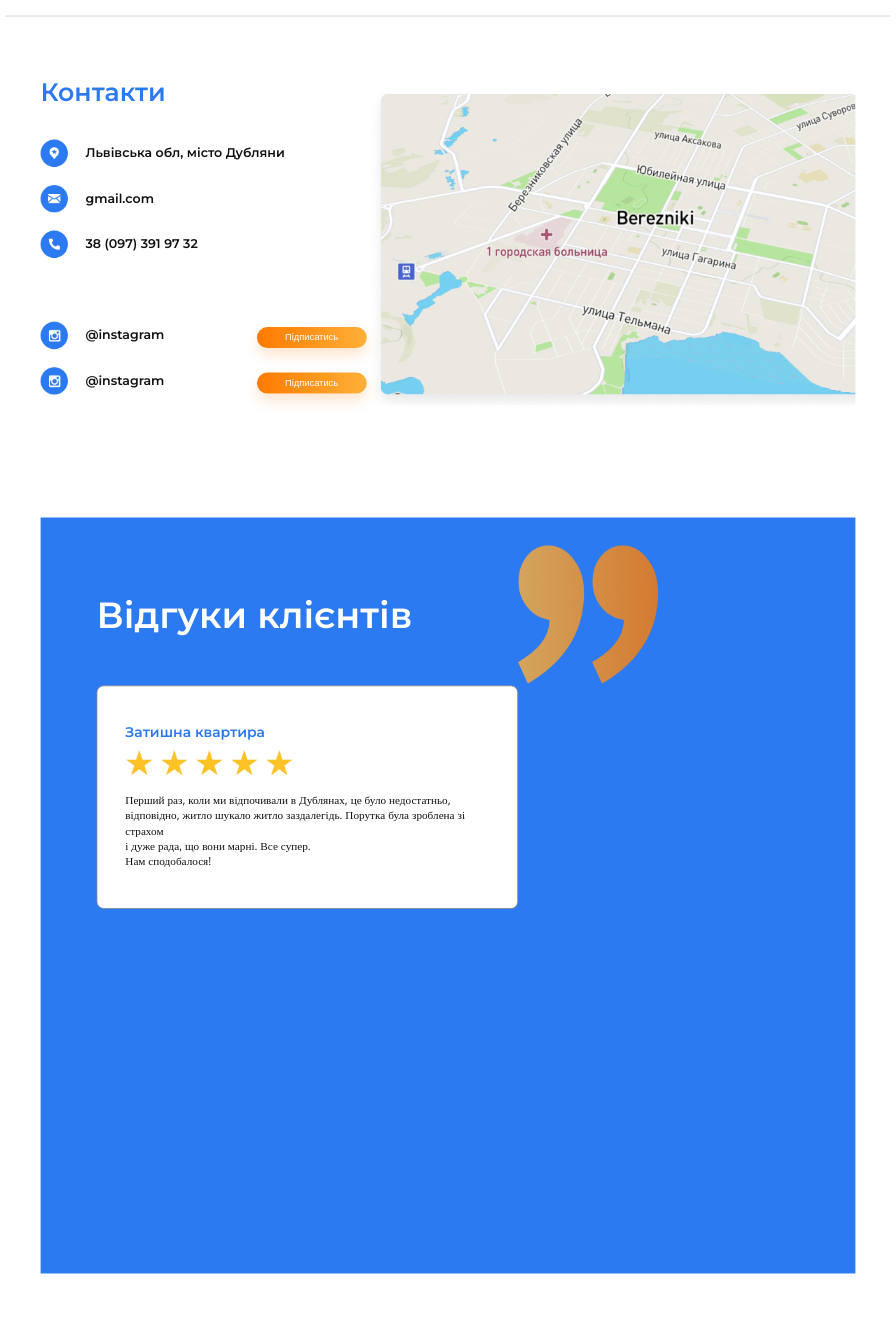
Repository: batonAnton/HW-7-grid
Page: index.html
An editor plug-in stored every save of this project. The page is shown before and after the next save, followed by the edit.
The browser window is 1280 px wide. The pictures show the part of the page from y = 2385 to 4305 px (the page is 4305 px tall), at 70% of full size.

Above is the page before, as saved 2022-07-06 11:51:24.

### index.html
<!DOCTYPE html>
<html lang="en">
<head>
    <meta charset="UTF-8">
    <meta http-equiv="X-UA-Compatible" content="IE=edge">
    <meta name="viewport" content="width=device-width, initial-scale=1.0">
    <link rel="preconnect" href="https://fonts.googleapis.com">
    <link rel="preconnect" href="https://fonts.gstatic.com" crossorigin>
    <link href="https://fonts.googleapis.com/css2?family=Montserrat:wght@600&display=swap" rel="stylesheet">
    <link rel="preconnect" href="https://fonts.googleapis.com">
    <link rel="preconnect" href="https://fonts.gstatic.com" crossorigin>
    <link href="https://fonts.googleapis.com/css2?family=Open+Sans&display=swap" rel="stylesheet">
    <link rel="stylesheet" href="./css/styles2.css">
    <title>Grid</title>
</head>

        <div  class="wrapper allstyles">
            <header>
                <img src="./images/logo.png" alt="logo">
                <a href="" class="menu">Головна</a>
                <a href="" class="menu">Квартири</a>
                <a href="" class="menu">Контакти</a>
                <a href="" class="menu">Про нас</a>

                <div class="item mail">
                    <img src="./images/email.png" alt="email">
                    <p>@gmail.com</p>
                </div>
                <div class="item phone">
                    <img src="./images/phone.png" alt="phone">
                    <p>38 (097) 391 97 32</p>
                </div>
                <div class="item btn">
                        <button>Замовити Дзвінок </button>
                </div>
            </header>
            </div>





            <div class=" wrapper2  allstyles">
                <div class="info">
                    <h1>Оренда Квартир <br> в Березниках</h1>
                    <p>На довгий термін <br> або подобово</p>
                    <button class="btn">Дивитись варіанти</button>
                </div>
                <div class="blueblock"></div>

                <div class="banner">

                </div>
            </div>
        </div>


    <div class="wrapper3 allstyles">
         <div class=" block block1">
             <img src="./images/header 1.1.png" alt="img">
             <p>
                Укладаємо договори, <br> надаємо звітні документи
             </p>
         </div>
         <div class="block block2">
            <img src="./images/header 1.2.png" alt="img">
            <p>
                Готівковий та <br>
                Безготівковий розрахунок
            </p>
         </div>
         <div class="block block3">
            <img src="./images/header 1.3.png" alt="img">
            <p>
                Бронювання та заселення <br> цілодобово
            </p>

         </div>
         <div class="block block4">
            <img src="./images/header 1.4.png" alt="img">
            <p>
                Повна <br> конфіденційність
            </p>
         </div>
    </div>

    <div class="wrapper4 allstyles">
        <h1 class="wrapper4-h1">Наші квартири</h1>

        <div class="img1-1">
            <h1>Однокімнатна квартира</h1>
            <p class="price"> <span class="p-price">Доба:</span> 500грн</p>
            <p class="p-price location"> <img src="./images/wrapper4/Location_Icon.svg" alt="loc icon">Дубляни,Шевченка 20</p>
            <button class="btn">Детальніше</button>
        </div>
        <div class="img1-2">
            <h1>Трьохкімнатна квартира</h1>
            <p class="price"> <span class="p-price">Доба:</span>  1500грн</p>
            <p class="p-price location"> <img src="./images/wrapper4/Location_Icon.svg" alt="loc icon">Дубляни,Франка 20</p>
            <button class="btn">Детальніше</button>
        </div>
        <div class="img2-1">
            <button class="btn-new">Нова квартира</button>
            <h1>Двохкімнатна квартира</h1>
            <p class="price"> <span class="p-price">Доба:</span>  1000грн</p>
            <p class="p-price location"> <img src="./images/wrapper4/Location_Icon.svg" alt="loc icon">Дубляни,Лесі Українки 20</p>
            <button class="btn">Детальніше</button>
        </div>
        <div class="img2-2">
            <h1>Чотирьохкімнатна квартира</h1>
            <p class="price"> <span class="p-price">Доба:</span>  4500грн</p>
            <p class="p-price location"> <img src="./images/wrapper4/Location_Icon.svg" alt="loc icon"> Дубляни,Шухевича 20</p>
            <button class="btn">Детальніше</button>
        </div>
        <button class="btn-wr4">Дивитись всі квартири</button>
    </div>

    <div class="wrapper5 allstyles">
        <div class="block1">
            <h1 class="wrapper4-h1">Про нас</h1>
        </div>
        <div class="block2">
            <p>
                Сьогодні «Домашній готель» — одна <br> з найбільших у Львівському регіоні готельних <br> мереж, що динамічно розширює <br> географічне охоплення та підвищує якість <br> сервісу.
            </p>
        </div>
        <div class="block3">
            <img src="./images/wrapper5/rating.png" alt="img">
        </div>

    </div>

    <hr class="wr5">

    <div class="wrapper6 allstyles">
        <div class="block1 block-wr6">
            <h1 class="wrapper4-h1">Контакти</h1>
        </div>
        <div class="block2 block-wr6">
            <img class="img-wr6" src="./images/wrapper6/location.png" alt="location">
            <p>Львівська обл, місто Дубляни</p>
        </div>
        <div class="block3 block-wr6">
            <img class="img-wr6" src="./images/wrapper6/Mail.png" alt="mail">
            <p>gmail.com</p>
        </div>
        <div class="block4 block-wr6">
            <img class="img-wr6" src="./images/wrapper6/phone.png" alt="phone">
            <p>38 (097) 391 97 32</p>
        </div>
        <div class="block5 block-wr6">
            <img class="img-wr6" src="./images/wrapper6/instagramm.png" alt="insta">
            <p>@instagram</p>
            <button class="btn">Підписатись</button>
        </div>
        <div class="block6 block-wr6">
            <img class="img-wr6" src="./images/wrapper6/instagramm.png" alt="insta">
            <p>@instagram</p>
            <button class="btn">Підписатись</button>

        </div>
        <div class="block7">
            <img src="./images/wrapper6/Map.png" alt="map">
        </div>
    </div>

    <div class="wrapper7 allstyles">
        <div class="block11">
            <h1>Відгуки клієнтів</h1>
        </div>
        <div class="block12">
            <img src="./images/wrapper7/апотсроф.png" alt="img">
        </div>
        <div class="block13">
            <div class="info">
                <h1>Затишна квартира</h1>
                <img src="./images/wrapper7/stars5.png" alt="img">
                <p>Перший раз, коли ми відпочивали в Дублянах, це було недостатньо, <br> відповідно, житло шукало житло заздалегідь. Порутка була зроблена зі страхом <br> і дуже рада, що вони марні. Все супер. <br> Нам сподобалося!</p>
            </div>
        </div>
        <div class="block14"></div>
    </div>









</body>
</html>

### css/styles2.css
* {
  box-sizing: border-box;
}

.allstyles {
  margin: 50px 50px;
}

header {
  display: grid;
  gap: 10px;
  grid-template-columns: repeat(8, 1fr);
  grid-template-rows: 1fr;
  z-index: 1;
}

.wrapper {
  display: flex;
  justify-content: space-between;
}

.menu {
  font-family: "Montserrat", sans-serif;
  font-style: normal;
  font-weight: 600;
  font-size: 16px;
  line-height: 20px;
  text-decoration: none;
  color: #111111;
  transition: all 1s;
}

.menu:hover {
  text-decoration: underline;
}

.phone,
.mail {
  font-family: "Montserrat", sans-serif;
  font-style: normal;
  font-weight: 600;
  font-size: 16px;
  line-height: 20px;
  text-decoration: none;
  color: #111111;
  transition: all 1s;
}

.menu,
.phone,
.mail,
.btn {
  justify-content: center;
  align-items: center;
  display: flex;
}

.phone,
.btn {
  width: 190px;
}

.btn button,
.wrapper4 .btn {
  padding: 15px 30px;
  color: #fff;
  background: linear-gradient(89.77deg, #ff7a00 0.2%, #ffb039 99.82%);
  box-shadow: 0px 10px 20px rgba(255, 122, 0, 0.2);
  border-radius: 25px;
  border: none;
}

.wrapper2 {
  display: grid;
  grid-template-columns: repeat(5, 1fr);
  grid-template-rows: repeat(5, 1fr);
  z-index: 0;
}

.wrapper2 .info {
  grid-column: 1/3;
  grid-row: 1/6;
}

.info h1 {
  font-family: "Montserrat";
  font-style: normal;
  font-weight: 800;
  font-size: 40px;
  line-height: 49px;
  display: flex;
  align-items: center;
  color: #111111;
}

.info p {
  font-family: "Open Sans";
  font-style: normal;
  font-weight: 400;
  font-size: 24px;
  line-height: 33px;
  color: #111111;
}
.wrapper2 .banner {
  grid-column: 3/6;
  grid-row: 1/6;
  background-image: url(../images/bigBanner.png);
  background-repeat: no-repeat;
  background-size: contain;
  /* height: 420px; */
  margin-right: -56px;
}

.wrapper2 .btn {
  margin-top: 60px;
  padding: 15px 30px;
  color: #fff;
  background: linear-gradient(89.77deg, #ff7a00 0.2%, #ffb039 99.82%);
  box-shadow: 0px 10px 20px rgba(255, 122, 0, 0.2);
  border-radius: 25px;
  border: none;
}

.blueblock {
  grid-column: 4/6;
  grid-row: 1/6;
  background: #2b7af1;
  border-radius: 0px 0px 0px 10px;
  margin-top: -155px;
  margin-right: -56px;

  width: 620px;
  height: 810px;
}

.wrapper3 {
  display: grid;
  grid-template-columns: repeat(4, 1fr);
  margin-top: -180px;
  z-index: 1;
}

.wrapper3 p {
  font-family: "Open Sans", sans-serif;
  font-style: normal;
  font-weight: 400;
  font-size: 16px;
  line-height: 22px;
  text-align: center;
  color: #111111;
}

.block {
  width: 270px;
  /* height: 170px; */
  padding: 30px 20px;
  background: #ffffff;
  border-radius: 10px;
  border: 1px solid gray;
}

.block img {
  width: 80px;
  height: 80px;
  margin-left: 70px;
}

.block1,
.block2,
.block3,
.block4 {
  /* display: flex; */
  justify-content: space-around;
}

.block1 {
  grid-column: 1/2;
}

.block2 {
  grid-column: 2/3;
}

.block3 {
  grid-column: 3/4;
}

.block4 {
  grid-column: 4/5;
}

.wrapper4 {
  display: grid;
  grid-template-columns: repeat(5, 1fr);
  grid-template-rows: repeat(6, 1fr);
  margin-top: 115px;
  gap: 10px;
}

.wrapper4-h1 {
  grid-column: 1/6;
  font-family: "Montserrat";
  font-style: normal;
  font-weight: 800;
  font-size: 36px;
  line-height: 44px;
  color: #2b7af1;
}

.img1-1 {
  grid-column: 1/4;
  grid-row: 2/4;
  /* width: 650px; */
  height: 300px;
  background: linear-gradient(rgba(17, 17, 17, 0.5), rgba(17, 17, 17, 0.5)),
    url(../images/wrapper4/Background\ 1.1.png);

  border-radius: 10px;
  border-top-right-radius: 20px;
}

.img1-2 {
  grid-column: 4/6;
  grid-row: 2/4;
  /* width: 450px; */
  height: 300px;
  background: linear-gradient(rgba(17, 17, 17, 0.5), rgba(17, 17, 17, 0.5)),
    url(../images/wrapper4/Background\ 1.2.png);
  border-radius: 10px;
}

.img2-1 {
  grid-column: 1/3;
  grid-row: 4/6;
  /* width: 450px; */
  height: 300px;
  background: linear-gradient(rgba(17, 17, 17, 0.5), rgba(17, 17, 17, 0.5)),
    url(../images/wrapper4/Background\ 2.1.png);
  border-radius: 10px;
}

.img2-2 {
  grid-column: 3/6;
  grid-row: 4/6;
  height: 300px;
  /* height: 310px; */
  background: linear-gradient(rgba(17, 17, 17, 0.5), rgba(17, 17, 17, 0.5)),
    url(../images/wrapper4/Background\ 2.2.png);
  border-radius: 10px;
  border-top-right-radius: 20px;
}

.btn-new {
  background: #5cb85c;
  border-radius: 20px;
  z-index: 1;
  margin: 20px 50px 30px 25px;
  padding: 7px 15px;
  width: 126px;
  border: none;
  font-family: "Montserrat";
  font-style: normal;
  font-weight: 600;
  font-size: 12px;
  line-height: 15px;
  color: #ffffff;
}

.wrapper4 .img1-1 h1 {
  padding: 100px 50px 30px 25px;
  font-family: "Montserrat";
  font-style: normal;
  font-weight: 800;
  font-size: 24px;
  line-height: 29px;
  color: #ffffff;
  /* filter: brightness(100%)!important; */
}

.wrapper4 .img1-2 h1 {
  padding: 100px 50px 30px 25px;
  font-family: "Montserrat";
  font-style: normal;
  font-weight: 800;
  font-size: 23px;
  line-height: 29px;
  color: #ffffff;
}

.wrapper4 .img2-1 h1 {
  padding: 30px 50px 30px 25px;
  font-family: "Montserrat";
  font-style: normal;
  font-weight: 800;
  font-size: 24px;
  line-height: 29px;
  color: #ffffff;
  filter: brightness(100%) !important;
  z-index: 0;
}

.wrapper4 .img2-2 h1 {
  padding: 100px 50px 30px 25px;

  font-family: "Montserrat";
  font-style: normal;
  font-weight: 800;
  font-size: 24px;
  line-height: 29px;
  color: #ffffff;
  filter: brightness(100%) !important;
}

.wrapper4 .p-price {
  font-family: "Montserrat";
  font-style: normal;
  font-weight: 400;
  font-size: 14px;
  line-height: 22px;
  color: #ffffff;
  display: inline;
}

.wrapper4 .price {
  font-family: "Montserrat";
  font-style: normal;
  font-weight: 800;
  font-size: 20px;
  line-height: 24px;
  color: #ffffff;
  /* margin-top: 25px; */
  padding: 0px 45px 0px 25px;
}

.location {
  padding: 0px 15px 0px 25px;
}

.location img {
  margin-right: 5px;
}

.wrapper4 .btn {
  float: right;
  margin-right: 20px;
  padding: 7px 15px;
  width: 126px;
}

.wrapper4 .btn-wr4 {
  margin-top: 60px;
  grid-column: 3/4;
  width: 304px;
  height: 50px;
  background: linear-gradient(89.77deg, #ff7a00 0.2%, #ffb039 99.82%);
  border: none;
  box-shadow: 0px 10px 20px rgba(255, 122, 0, 0.2);
  border-radius: 25px;
  color: white;
}

/* wrapper5 */

.wrapper5 {
  display: grid;
  grid-template-columns: repeat(3, 1fr);
  grid-template-rows: repeat(2, 1fr);
}

.wrapper5 .block1 {
  grid-column: 1/4;
  grid-row: 1;
}

.wrapper5 .block2 {
  grid-column: 1/3;
  grid-row: 2;
}

.wrapper5 .block3 {
  grid-column: 2/4;
  grid-row: 2;
}

.wrapper5 img {
  width: 700px;
  margin-left: 70px;
}

.wrapper5 p {
  font-family: "Open Sans";
  font-style: normal;
  font-weight: 400;
  font-size: 18px;
  line-height: 25px;
}

.wr5 {
  background: linear-gradient(89.77deg, #ff7a00 0.2%, #ffb039 99.82%);
  border-radius: 1px;
  height: 1px;
  margin: 100px 0;
  width: 100%;
}

.wrapper6 {
  display: grid;
  grid-template-columns: repeat(5, 1fr);
  grid-template-rows: repeat(7, 65px);
  margin-bottom: 160px;
}
.wrapper6 h1{
  margin-top: -15px;
}

.wrapper6 p{
  font-family: 'Montserrat';
font-style: normal;
font-weight: 400;
font-size: 18px;
line-height: 22px;
color: #111111;
}

.wrapper6 .block-wr6 {
  display: inline-flex;
  justify-content: flex-start;
}
.wrapper6 .img-wr6 {
  margin-right: 25px;
  margin-top: 10px;
  height: 40px;
}

.wrapper6 .block1 {
  grid-column: 1/3;
  grid-row: 1/2;
}

.wrapper6 .block2 {
  grid-column: 1/3;
  grid-row: 2/3;
}

.wrapper6 .block3 {
  grid-column: 1/3;
  grid-row: 3/4;
}

.wrapper6 .block4 {
  grid-column: 1/3;
  grid-row: 4/5;
}

.wrapper6 .block5 {
  grid-column: 1/3;
  grid-row: 6/7;
}

.wrapper6 .block6 {
  grid-column: 1/3;
  grid-row: 7/8;
}

.wrapper6 .block7 {
  grid-column: 3/6;
  grid-row: 1/8;
  overflow: hidden;
}

.wrapper6 .btn{
  background: linear-gradient(89.77deg, #FF7A00 0.2%, #FFB039 99.82%);
box-shadow: 0px 10px 20px rgba(255, 122, 0, 0.2);
border-radius: 25px;
  width: 157px;
  height: 30px;
  border: none;
  margin-left: auto;
  align-self: center;
  color: #ffffff;
}

.wrapper7{
  margin-top: 160px;
  margin-bottom: 100px;
  padding: 40px 80px;
  display: grid;
  grid-template-columns: repeat(5,1fr);
  grid-template-rows: repeat(5,200px);
  background: #2B7AF1;
}

.block11{
  grid-column: 1/4;
  grid-row: 1;
  display: flex;
  align-items: center;
  font-family: 'Montserrat';
  font-style: normal;
  font-weight: 800;
  font-size: 26px;
  line-height: 130%;
  color: #FFFFFF;
}

.block12{
  grid-column: 4/6;
  grid-row: 1;
}

.block13{
  grid-column: 1/4;
  grid-row: 2/3;
}

.block13 .info{
  border: 1px solid gray;
  background: #FFFFFF;
  border-radius: 10px;
  padding: 40px;
}

.info h1{
  font-family: 'Montserrat';
  font-style: normal;
  font-weight: 700;
  font-size: 20px;
  line-height: 24px;
  color: #2B7AF1;
}

.info p{
  font-family: 'Open Sans';
font-style: normal;
font-weight: 400;
font-size: 16px;
line-height: 22px;
color: #111111;
}

After the next save:
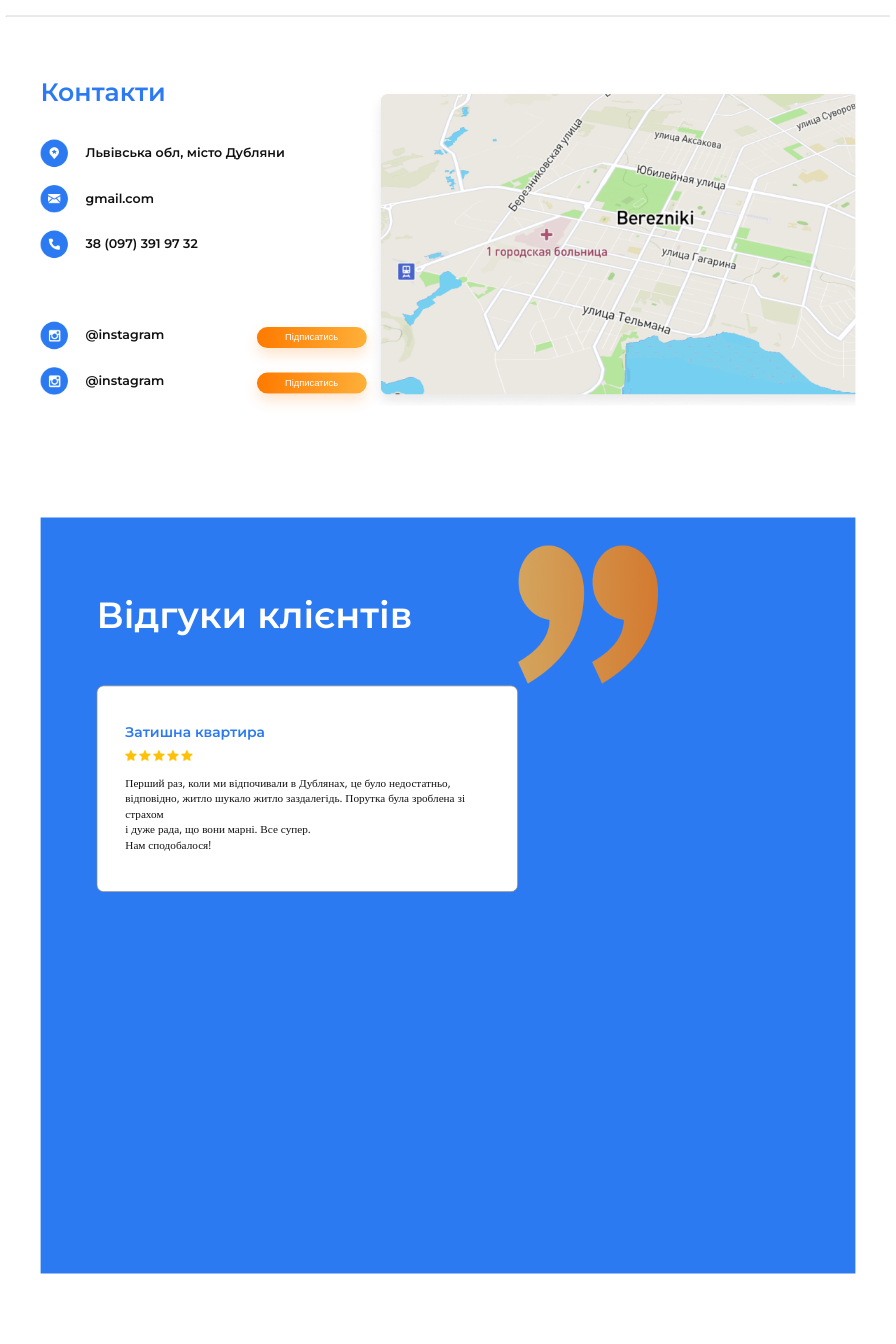
Saved 7 min 8 s later.
--- a/index.html
+++ b/index.html
@@ -174,7 +174,14 @@
         <div class="block13">
             <div class="info">
                 <h1>Затишна квартира</h1>
-                <img src="./images/wrapper7/stars5.png" alt="img">
+                <div class="star-rating">
+                    <img class="star" src="./images/wrapper7/star.png" alt="img">
+                    <img class="star" src="./images/wrapper7/star.png" alt="img">
+                    <img class="star" src="./images/wrapper7/star.png" alt="img">
+                    <img class="star" src="./images/wrapper7/star.png" alt="img">
+                    <img class="star" src="./images/wrapper7/star.png" alt="img">
+                </div>
+
                 <p>Перший раз, коли ми відпочивали в Дублянах, це було недостатньо, <br> відповідно, житло шукало житло заздалегідь. Порутка була зроблена зі страхом <br> і дуже рада, що вони марні. Все супер. <br> Нам сподобалося!</p>
             </div>
         </div>
